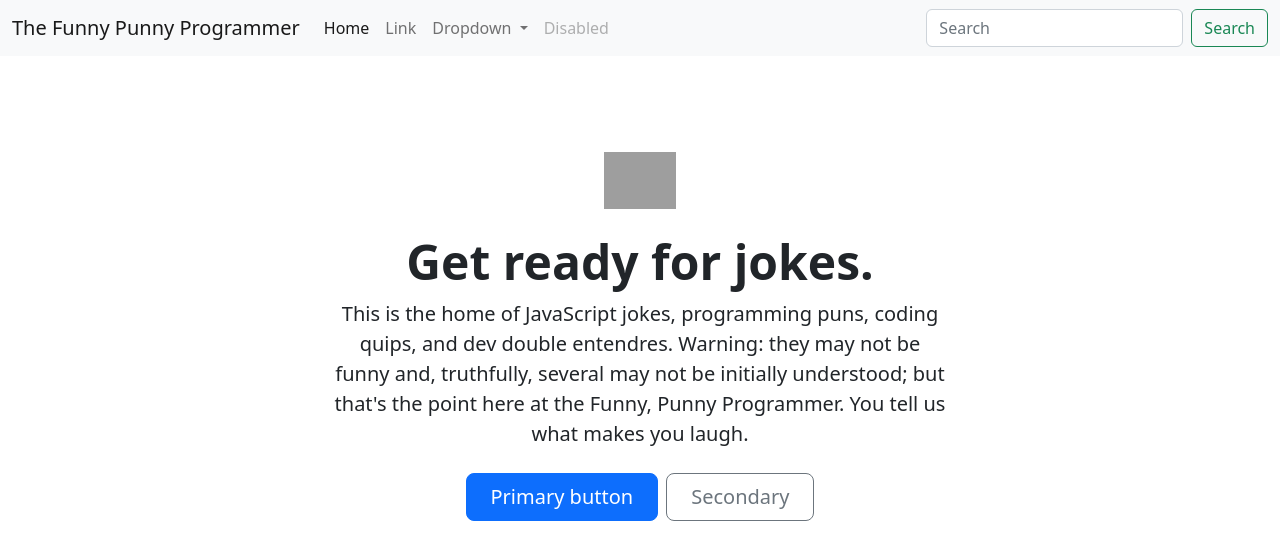
Repository: annferracane/phase-1-personal-project
Page: index.html
These files come from the project's save history. The page is drawn as it stood at one moment and after a run of saves; the edit follows.
The browser window is 1280 px wide. The pictures show the whole page.
Pictures or frames that could not be fetched are drawn as grey boxes. The page's requests for data from a server got no answer.

Above is the page before, as saved 2022-12-07 13:11:25.

### index.html

<!DOCTYPE html>
<html lang="en">
    <head>
        <meta charset="utf-8">
        <meta name="viewport" content="width=device-width, initial-scale=1">
        <link href="https://cdn.jsdelivr.net/npm/bootstrap@5.2.2/dist/css/bootstrap.min.css" rel="stylesheet" integrity="sha384-Zenh87qX5JnK2Jl0vWa8Ck2rdkQ2Bzep5IDxbcnCeuOxjzrPF/et3URy9Bv1WTRi" crossorigin="anonymous">
        <link rel="stylesheet" href="./style.css" />
        <script defer src="./src/index.js"></script>
        <title>The Funny Punny Programmer</title>
    </head>
    <body>
        <nav class="navbar navbar-expand-lg bg-light">
            <div class="container-fluid">
              <a class="navbar-brand mb-0 h1" href="#">The Funny Punny Programmer</a>
              <button class="navbar-toggler" type="button" data-bs-toggle="collapse" data-bs-target="#navbarSupportedContent" aria-controls="navbarSupportedContent" aria-expanded="false" aria-label="Toggle navigation">
                <span class="navbar-toggler-icon"></span>
              </button>
              <div class="collapse navbar-collapse" id="navbarSupportedContent">
                <ul class="navbar-nav me-auto mb-2 mb-lg-0">
                  <li class="nav-item">
                    <a class="nav-link active" aria-current="page" href="#">Home</a>
                  </li>
                  <li class="nav-item">
                    <a class="nav-link" href="#">Link</a>
                  </li>
                  <li class="nav-item dropdown">
                    <a class="nav-link dropdown-toggle" href="#" role="button" data-bs-toggle="dropdown" aria-expanded="false">
                      Dropdown
                    </a>
                    <ul class="dropdown-menu">
                      <li><a class="dropdown-item" href="#">Action</a></li>
                      <li><a class="dropdown-item" href="#">Another action</a></li>
                      <li><hr class="dropdown-divider"></li>
                      <li><a class="dropdown-item" href="#">Something else here</a></li>
                    </ul>
                  </li>
                  <li class="nav-item">
                    <a class="nav-link disabled">Disabled</a>
                  </li>
                </ul>
                <form class="d-flex" role="search">
                  <input class="form-control me-2" type="search" placeholder="Search" aria-label="Search">
                  <button class="btn btn-outline-success" type="submit">Search</button>
                </form>
              </div>
            </div>
        </nav>
        <div class="px-4 py-5 my-5 text-center">
            <img class="d-block mx-auto mb-4" src="/docs/5.2/assets/brand/bootstrap-logo.svg" alt="" width="72" height="57">
            <h1 id="hero-header" class="display-5 fw-bold"></h1>
            <div class="col-lg-6 mx-auto">
                <p id="hero-content" class="lead mb-4"></p>
                <div class="d-grid gap-2 d-sm-flex justify-content-sm-center">
                    <button type="button" class="btn btn-primary btn-lg px-4 gap-3">Primary button</button>
                    <button type="button" class="btn btn-outline-secondary btn-lg px-4">Secondary</button>
                </div>
            </div>
        </div>
    </body>
</html>

### src/index.js
// DOM Content Updates
document.querySelector('#hero-header').textContent = 'Get ready for jokes.';
document.querySelector('#hero-content').textContent =
`This is the home of JavaScript jokes, programming puns, coding
quips, and dev double entendres. Warning: they may not be funny and,
truthfully, several may not be initially understood; but that's the
point here at the Funny, Punny Programmer. You tell us what makes you laugh.`;


// Fetch jokes from local db.json and call display function
fetch('http://localhost:3000/jokes')
.then(resp => resp.json())
.then(jokeData => displayJokes(jokeData))
.catch(error => console.log(`Error with local db: ${error}`));

// Display jokes on web app
function displayJokes(jokeData) {
    jokeData.forEach(joke => console.log(joke));

}

//refreshJokesHandler();

function refreshJokesHandler() {
    // Delete jokes in db.json -- BUILD

    // Call fetch to Joke API to refresh
    fetch('https://v2.jokeapi.dev/joke/Programming?blacklistFlags=nsfw,religious,political,racist,sexist,explicit&amount=20')
    .then(resp => resp.json())
    .then(jokeAPIData => refreshJokeDatabase(jokeAPIData.jokes))
    .catch(error => console.log(`Error with joke API: ${error}`));
}

function refreshJokeDatabase(jokeAPIData) {
    // Loop through jokes from Joke API and standaridize format for later display
    jokeAPIData.forEach(jokeAPI => {
        // Standardize joke json format (jokes from API are single or two-part jokes)
        let joke;
        if(jokeAPI.type == 'single') {
            joke = jokeAPI.joke;
        } else if (jokeAPI.type == 'twopart') {
            joke = `Setup: ${jokeAPI.setup}<br>Delivery: ${jokeAPI.delivery}`;
        } else {
            console.log('Unable to display joke content.');
        };

        // Build joke object for post to local db.json
        const jokeConfigObj = {
            category: jokeAPI.category,
            type: jokeAPI.type,
            idJokeAPI: jokeAPI.id,
            language: jokeAPI.lang,
            joke: joke
        }

        // Post jokes to db.json
        fetch('http://localhost:3000/jokes', {
            headers: {
                'Content-Type': 'application/json',
                'Accept': 'application/json'
            },
            method: 'POST',
            body: JSON.stringify(jokeConfigObj)
        })
    });
}

Loaded but not shown: style.css (no stored copy; drawn as an empty file)

After the next 2 saves:
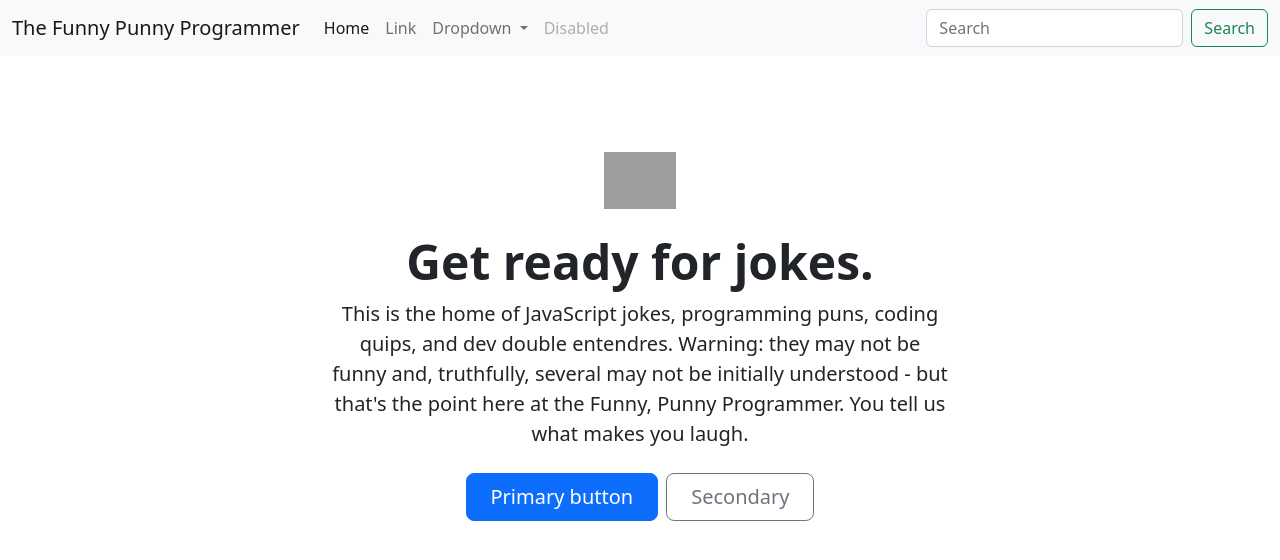
The 2 saves are shown as one change because they came seconds apart.
The last was saved 36 s later.
--- a/src/index.js
+++ b/src/index.js
@@ -3,7 +3,7 @@
 document.querySelector('#hero-content').textContent =
 `This is the home of JavaScript jokes, programming puns, coding
 quips, and dev double entendres. Warning: they may not be funny and,
-truthfully, several may not be initially understood; but that's the
+truthfully, several may not be initially understood - but that's the
 point here at the Funny, Punny Programmer. You tell us what makes you laugh.`;
 
 

After the save that followed:
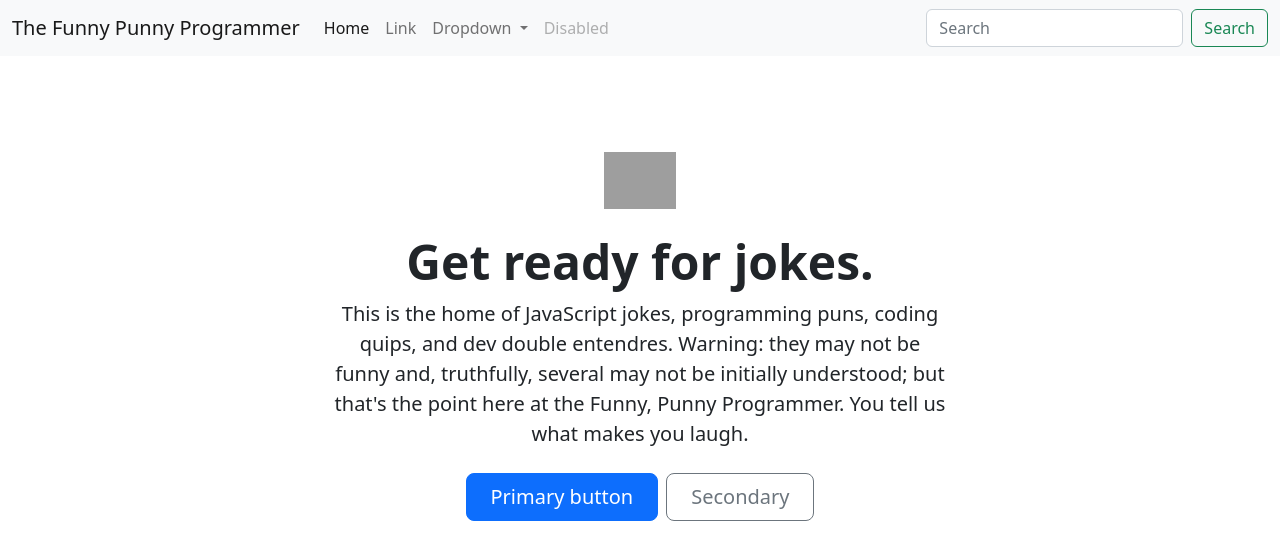
Saved 14 s later.
--- a/src/index.js
+++ b/src/index.js
@@ -3,7 +3,7 @@
 document.querySelector('#hero-content').textContent =
 `This is the home of JavaScript jokes, programming puns, coding
 quips, and dev double entendres. Warning: they may not be funny and,
-truthfully, several may not be initially understood - but that's the
+truthfully, several may not be initially understood; but that's the
 point here at the Funny, Punny Programmer. You tell us what makes you laugh.`;
 
 
